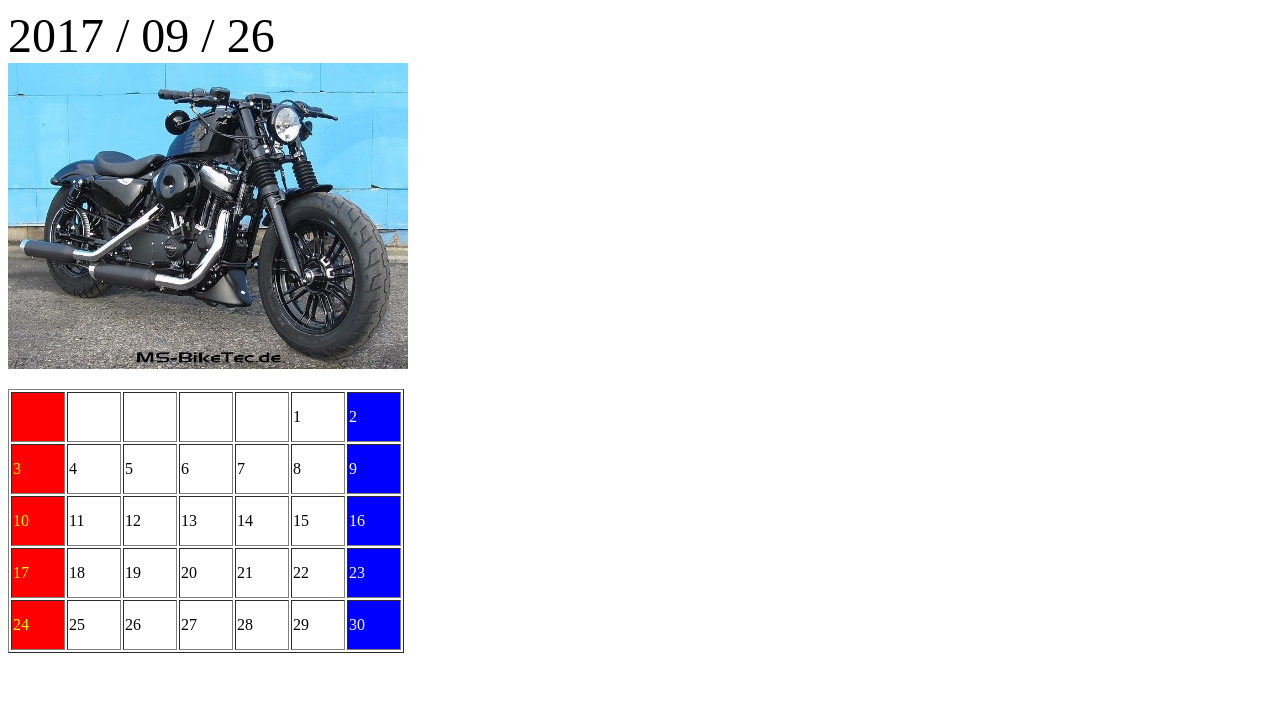
Repository: shouvoo/bitAcademy
Page: work/jsp/htmlProj/WebContent/basic/table2.html
The author's editor kept a copy of each file at every save. The page is drawn from the files as they stood at one save, then again after the next save.
The browser window is 1280 px wide. The pictures show the whole page.

Above is the page before, as saved 2017-09-26 03:06:05.

### work/jsp/htmlProj/WebContent/basic/table2.html
<!DOCTYPE html>
<html>
	<head>
		<meta charset="UTF-8">
		<title>Insert title here</title>

		<style type="text/css">
			.sat
			{
				background: red;
				color: yellow;
			}

			.sun
			{
				background: blue;
				color: white;
			}
		</style>

	</head>

	<body>
		<!-- table>tr[height=10]*3>td[width=50]*4> 테이블을 생성해줌 -->

			<font size="20" >2017 / 09 / 26</font>

		<br>
		<img alt="" src="../img/bike0.jpg" width="400">
		<p align="center">
		<table border=1>
			<tr height="50">
				<td class="sat" width="50"></td>
				<td width="50"></td>
				<td width="50"></td>
				<td width="50"></td>
				<td width="50"></td>
				<td width="50">1</td>
				<td class="sun" width="50">2</td>
			</tr>
			<tr height="50">
				<td class="sat"  width="50">3</td>
				<td width="50">4</td>
				<td width="50">5</td>
				<td width="50">6</td>
				<td width="50">7</td>
				<td width="50">8</td>
				<td class="sun" width="50">9</td>
			</tr>
			<tr height="50">
				<td class="sat"  width="50">10</td>
				<td width="50">11</td>
				<td width="50">12</td>
				<td width="50">13</td>
				<td width="50">14</td>
				<td width="50">15</td>
				<td class="sun" width="50">16</td>
			</tr>
			<tr height="50">
				<td class="sat"  width="50">17</td>
				<td width="50">18</td>
				<td width="50">19</td>
				<td width="50">20</td>
				<td width="50">21</td>
				<td width="50">22</td>
				<td class="sun" width="50">23</td>
			</tr>
			<tr height="50">
				<td class="sat"  width="50">24</td>
				<td width="50">25</td>
				<td width="50">26</td>
				<td width="50">27</td>
				<td width="50">28</td>
				<td width="50">29</td>
				<td class="sun" width="50">30</td>
			</tr>

		</table>
		</p>

	</body>
</html>

After the next save:
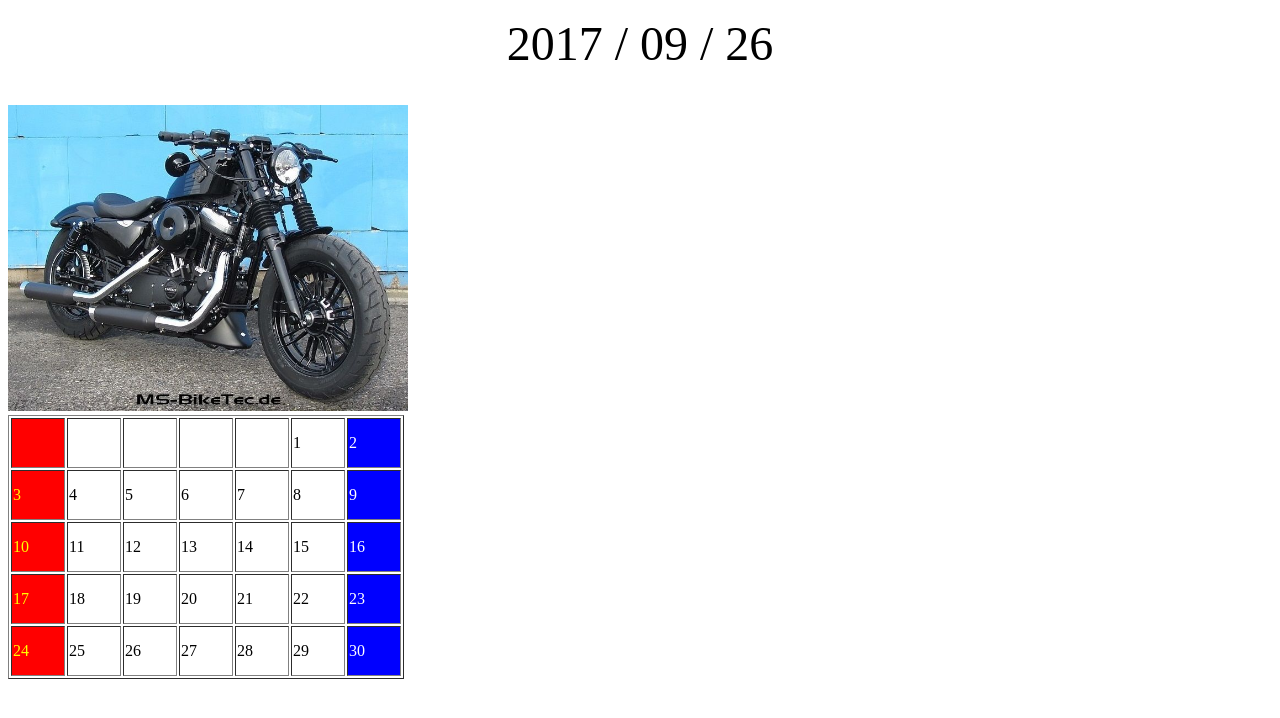
Saved 11 s later.
--- a/work/jsp/htmlProj/WebContent/basic/table2.html
+++ b/work/jsp/htmlProj/WebContent/basic/table2.html
@@ -22,12 +22,12 @@
 
 	<body>
 		<!-- table>tr[height=10]*3>td[width=50]*4> 테이블을 생성해줌 -->
-
+		<p align="center">
 			<font size="20" >2017 / 09 / 26</font>
-
+		</p>
 		<br>
 		<img alt="" src="../img/bike0.jpg" width="400">
-		<p align="center">
+
 		<table border=1>
 			<tr height="50">
 				<td class="sat" width="50"></td>
@@ -74,9 +74,7 @@
 				<td width="50">29</td>
 				<td class="sun" width="50">30</td>
 			</tr>
-
 		</table>
-		</p>
 
 	</body>
 </html>
